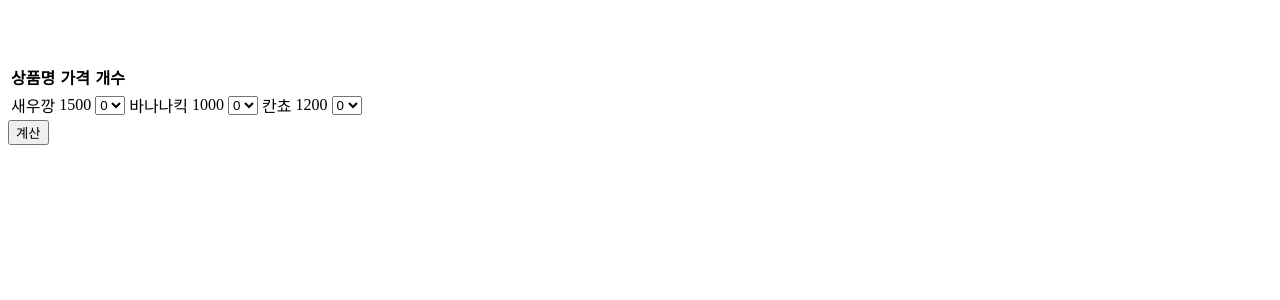
Repository: PARKJONGSUN88/multicampus_study
Page: 3-7. jsp, servletStudy Study/1. 실습/workspace2/web1/WebContent/product.html
These files come from the project's save history. The page is drawn as it stood at one moment and after the next save; the edit follows.
The browser window is 1280 px wide. The pictures show the whole page.

Above is the page before, as saved 2019-06-28 06:43:54.

After the next save:
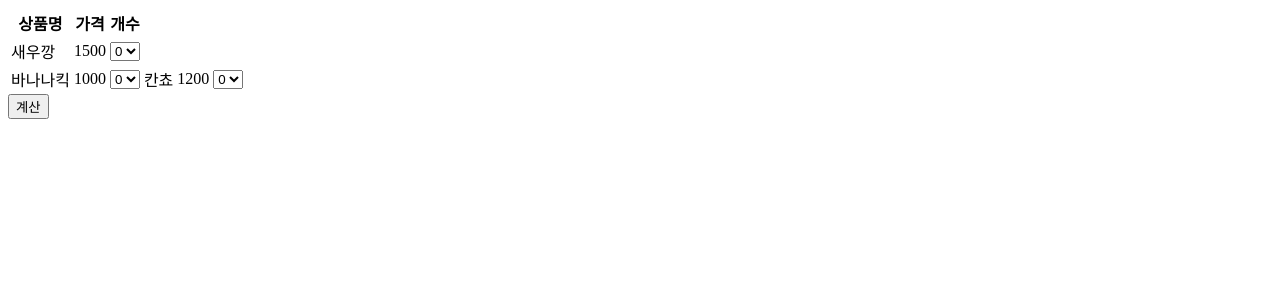
Saved 27 s later.
--- a/3-7. jsp, servletStudy Study/1. 실습/workspace2/web1/WebContent/product.html
+++ b/3-7. jsp, servletStudy Study/1. 실습/workspace2/web1/WebContent/product.html
@@ -10,10 +10,11 @@
 <th>가격</th>
 <th>개수</th>
 <tr>
-	<td>새우깡</td><td>1500</td><td><select><option>0</option><option>1</option><option>2</option><option>3</option><option>4</option><option>5</option></select></td><br>
-	<td>바나나킥</td><td>1000</td><td><select><option>0</option><option>1</option><option>2</option><option>3</option><option>4</option><option>5</option></select></td><br>
-	<td>칸쵸</td><td>1200</td><td><select><option>0</option><option>1</option><option>2</option><option>3</option><option>4</option><option>5</option></select></td><br>
+	<td>새우깡</td><td>1500</td><td><select><option>0</option><option>1</option><option>2</option><option>3</option><option>4</option><option>5</option></select></td>
 </tr>
+	<td>바나나킥</td><td>1000</td><td><select><option>0</option><option>1</option><option>2</option><option>3</option><option>4</option><option>5</option></select></td>
+	<td>칸쵸</td><td>1200</td><td><select><option>0</option><option>1</option><option>2</option><option>3</option><option>4</option><option>5</option></select></td>
+
 </table>
 <input type="submit" value="계산">
 
